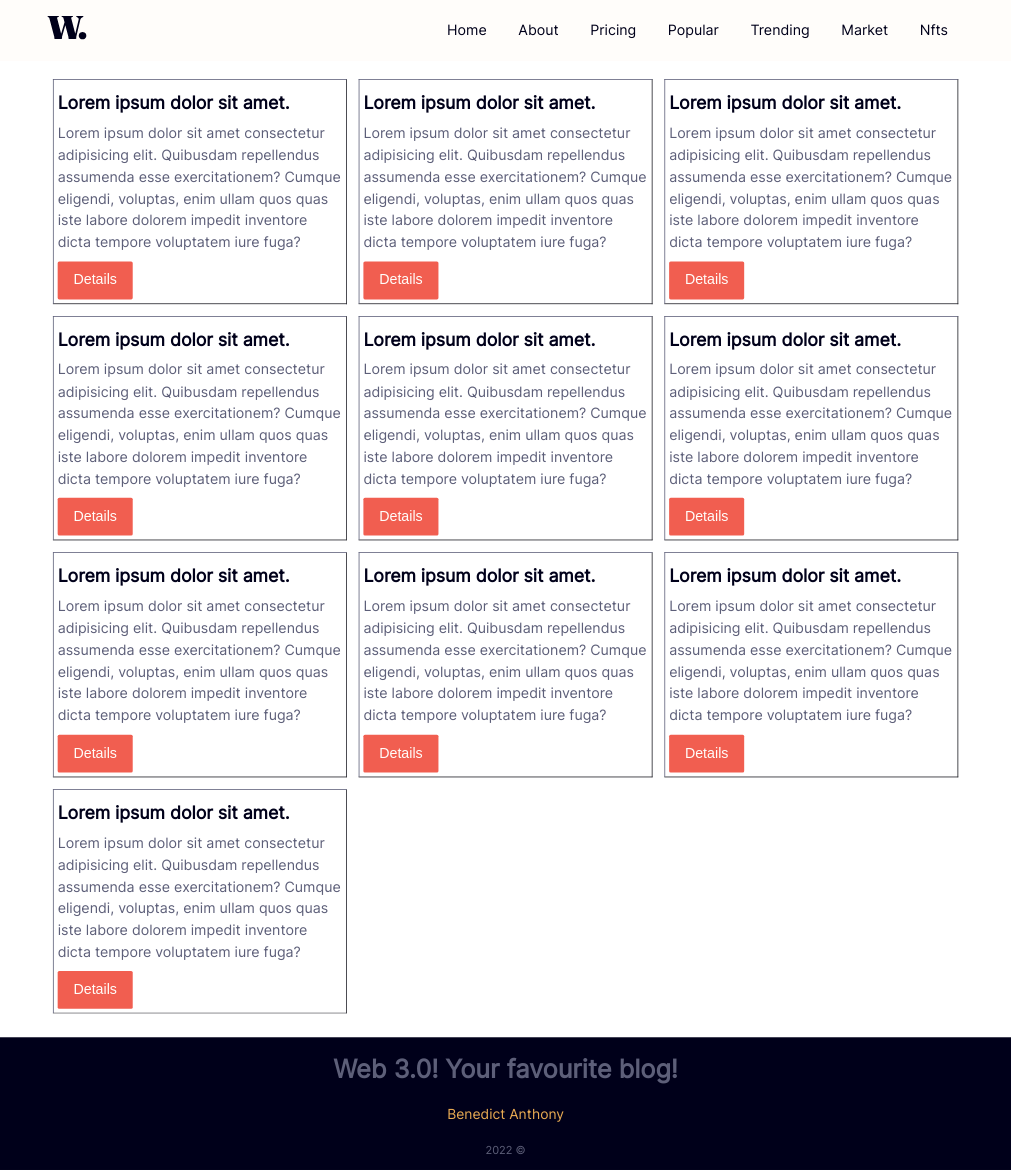
Repository: Benedict-Anthony/web3.0-blog-chain
Page: /market
The author's editor kept a copy of each file at every save. The page is drawn from the files as they stood at one save, then again after the next save.
The browser window is 1280 px wide. The pictures show the whole page, at 79% of full size.
The project was rebuilt for these pictures with package versions that can differ from the ones it lists, and the page was loaded fresh each time. The framework's server and built-in components were replaced by stand-ins that run in the browser. Also part of the build but not shown: next.config.js, styles/styles.css.

Above is the page before, as saved 2022-12-22 05:26:30.

After the next save:
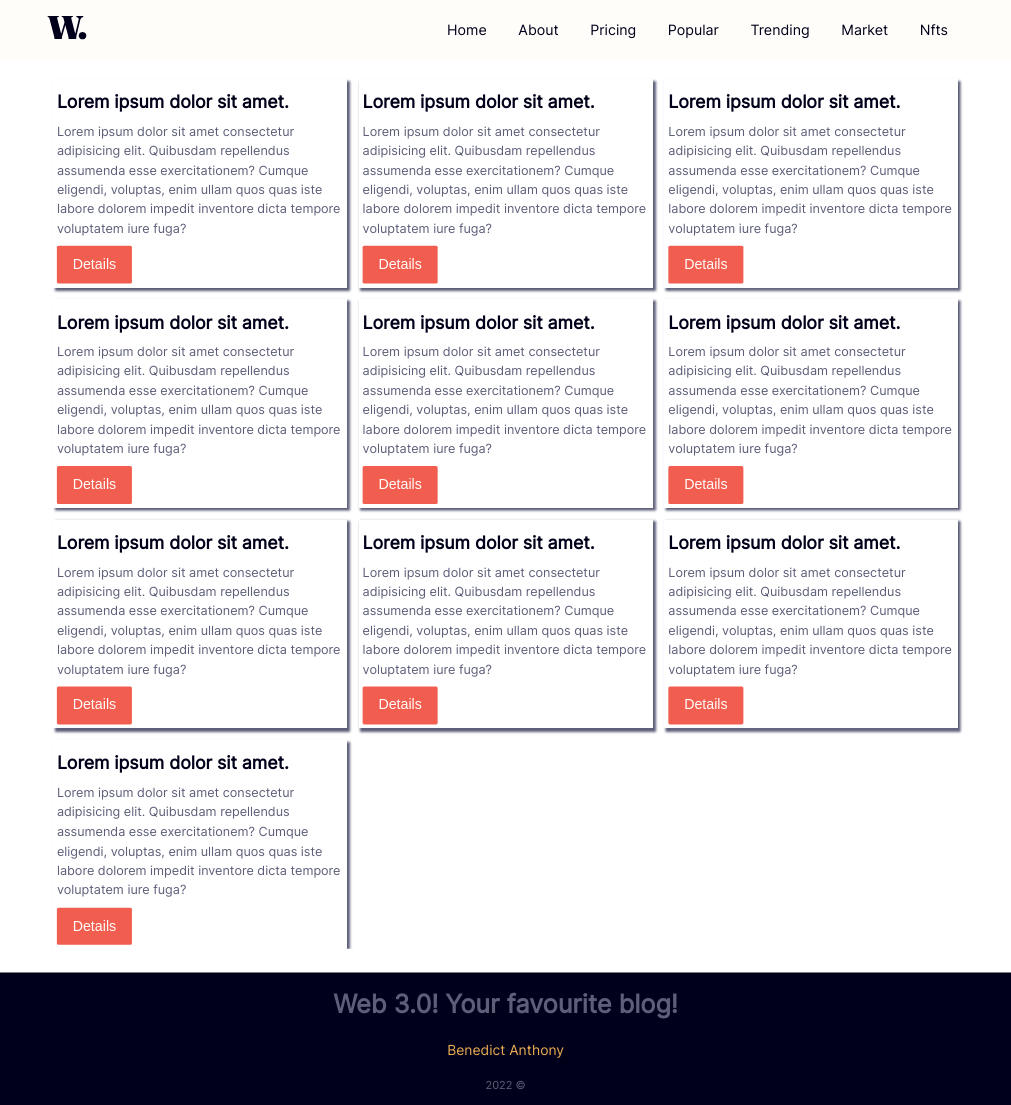
Saved 17 min 22 s later.
--- a/styles/Market.module.scss
+++ b/styles/Market.module.scss
@@ -9,8 +9,9 @@
 }
 
 .article{
-    border: 1px outset var(--DarkGrayishBlue);
+    // border: 1px outset var(--DarkGrayishBlue);
     padding: 5px;
+    box-shadow: 3px 3px 3px 1px var(--DarkGrayishBlue);
 
     h2{
         font-weight: 600;
@@ -20,7 +21,7 @@
     }
 
     p{
-        font-size: 18px;
+        font-size: 16px;
         color: var(--DarkGrayishBlue);
     }
 }
